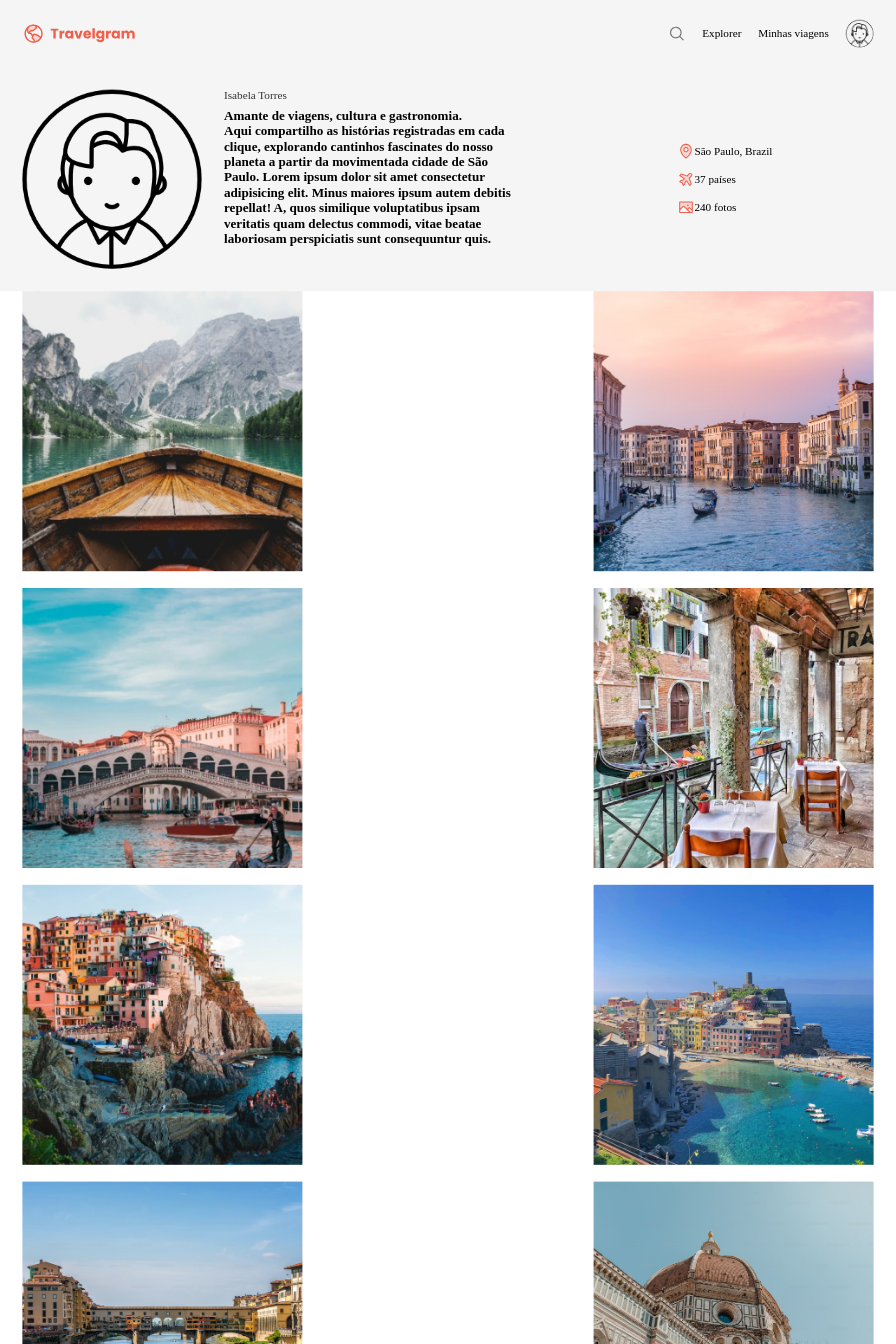
Repository: JeffRodFer/projeto-Travelgran-Rockeseat
Page: index.html
The author's editor kept a copy of each file at every save. The page is drawn from the files as they stood at one save, then again after a run of saves.
The browser window is 1280 px wide. The pictures show the part of the page from y = 0 to 1920 px (the page is 3784 px tall before and 3864 px after), at 70% of full size.

Above is the page before, as saved 2025-03-22 20:58:09.

After the next 2 saves:
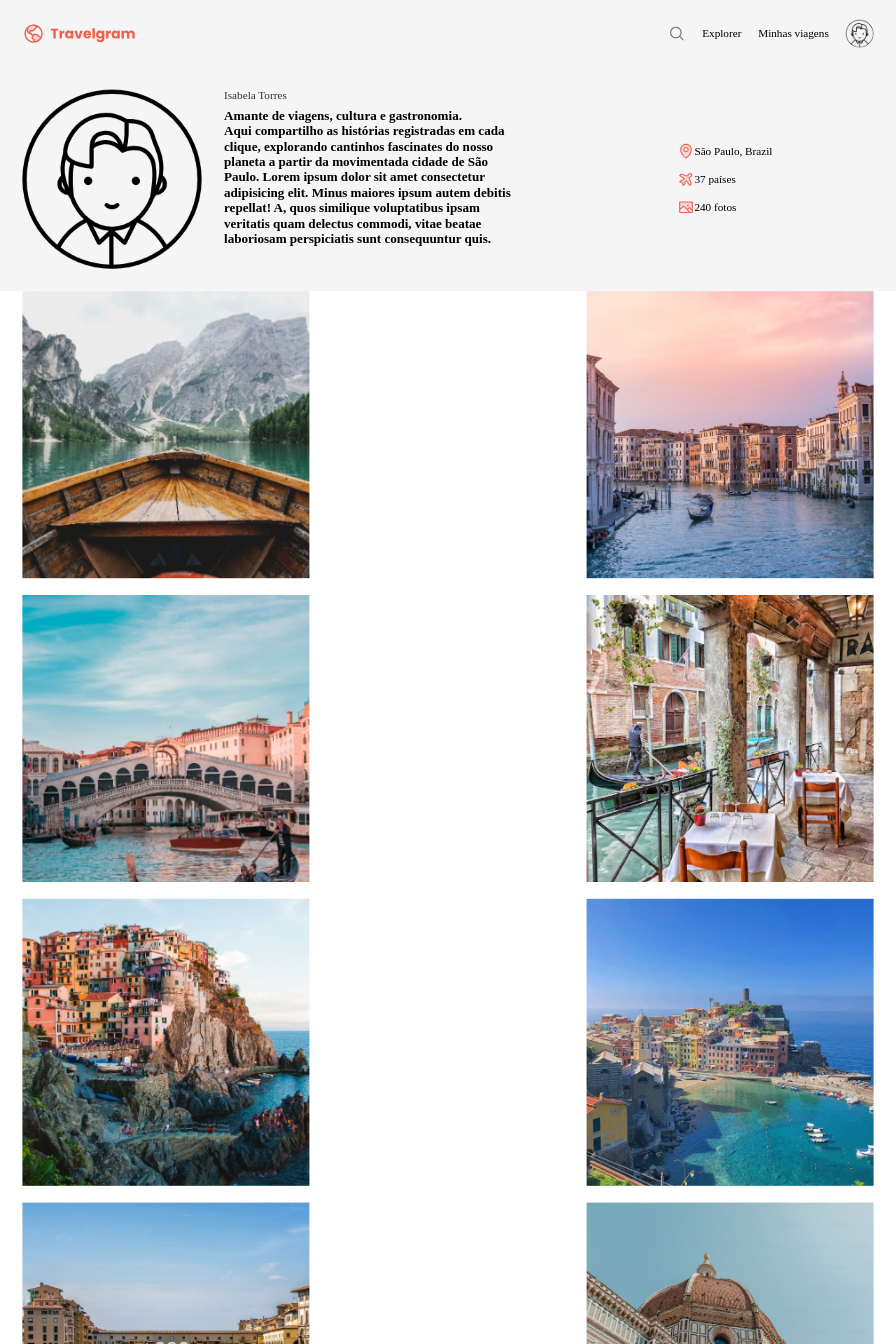
The 2 saves are shown as one change because they came seconds apart.
The last was saved 14 s later.
--- a/styles/main.css
+++ b/styles/main.css
@@ -6,8 +6,8 @@ main {
     gap: 24px;
 }
 main img {
-    width: 400px;
-    height: 400px;
+    width: 410px;
+    height: 410px;
     object-fit: cover;
 
 }
